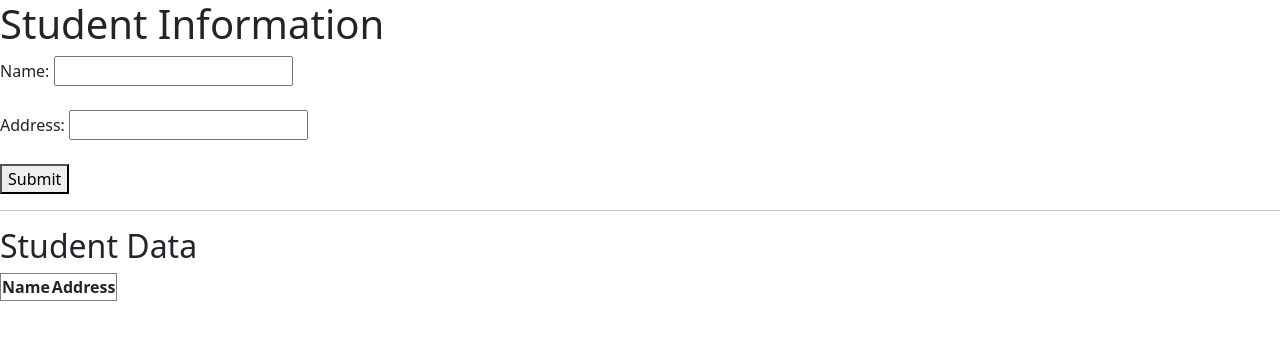
Repository: Rose-gitungo/LearningSpring
Page: Controller & RestController/Assessement07/src/main/resources/static/index.html
An editor plug-in stored every save of this project. The page is shown before and after the next save, followed by the edit.
The browser window is 1280 px wide. The pictures show the whole page.

Above is the page before, as saved 2024-06-07 13:10:30.

After the next save:
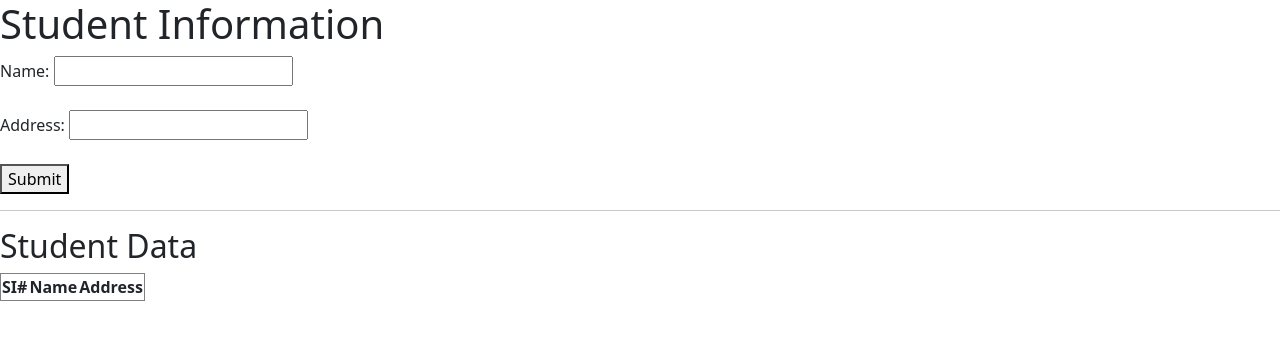
Saved 88 s later.
--- a/Controller & RestController/Assessement07/src/main/resources/static/index.html
+++ b/Controller & RestController/Assessement07/src/main/resources/static/index.html
@@ -20,17 +20,19 @@
 
     <hr>
 
-    <!-- Table to display data from the database -->
     <h2>Student Data</h2>
     <table id="studentTable" border="1">
         <thead>
             <tr>
+				<th>SI#</th>
                 <th>Name</th>
                 <th>Address</th>
             </tr>
         </thead>
         <tbody>
-            <!-- Data will be inserted here dynamically -->
+          <tr></tr>
+            <tr></tr>
+              <tr></tr>
         </tbody>
     </table>
     <link rel="stylesheet" href="https://cdn.jsdelivr.net/npm/bootstrap@5.3.2/dist/css/bootstrap.min.css" integrity="sha384-T3c6CoIi6uLrA9TneNEoa7RxnatzjcDSCmG1MXxSR1GAsXEV/Dwwykc2MPK8M2HN" crossorigin="anonymous">
